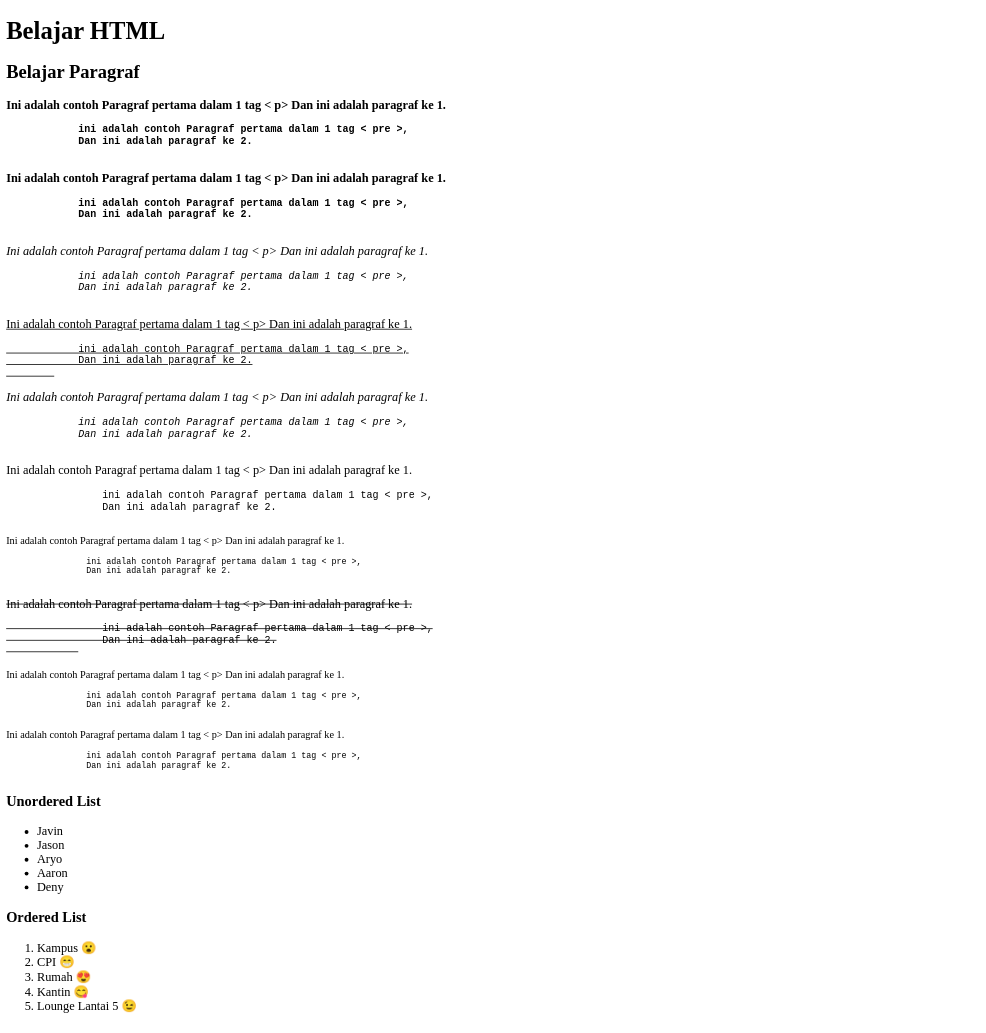
Repository: Gibekkk/WebPro
Page: Tugas HTML 1/index.html
The author's editor kept a copy of each file at every save. The page is drawn from the files as they stood at one save, then again after the next save.
The browser window is 1280 px wide. The pictures show the whole page, at 77% of full size.

Above is the page before, as saved 2024-03-25 10:01:20.

### Tugas HTML 1/index.html
<!DOCTYPE html>
<html lang="en">

<head>
    <meta charset="UTF-8">
    <meta name="viewport" content="width=device-width, initial-scale=1.0">
    <title>Document</title>
</head>

<body>
    <b>
        <h1>Belajar HTML</h1>
        <h2>Belajar Paragraf</h2>
        <p>Ini adalah contoh Paragraf pertama dalam 1 tag
            < p> Dan ini adalah paragraf ke 1.</p>
        <pre>
            ini adalah contoh Paragraf pertama dalam 1 tag < pre >,
            Dan ini adalah paragraf ke 2.
        </pre>
    </b>
    <strong>
    <p>Ini adalah contoh Paragraf pertama dalam 1 tag
        < p> Dan ini adalah paragraf ke 1.</p>
    <pre>
            ini adalah contoh Paragraf pertama dalam 1 tag < pre >,
            Dan ini adalah paragraf ke 2.
        </pre>
    </strong>
    <i>
    <p>Ini adalah contoh Paragraf pertama dalam 1 tag
        < p> Dan ini adalah paragraf ke 1.</p>
    <pre>
            ini adalah contoh Paragraf pertama dalam 1 tag < pre >,
            Dan ini adalah paragraf ke 2.
        </pre>
    </i>
    <ins>
    <p>Ini adalah contoh Paragraf pertama dalam 1 tag
        < p> Dan ini adalah paragraf ke 1.</p>
    <pre>
            ini adalah contoh Paragraf pertama dalam 1 tag < pre >,
            Dan ini adalah paragraf ke 2.
        </pre>
    </ins>
    <em>
    <p>Ini adalah contoh Paragraf pertama dalam 1 tag
        < p> Dan ini adalah paragraf ke 1.</p>
    <pre>
            ini adalah contoh Paragraf pertama dalam 1 tag < pre >,
            Dan ini adalah paragraf ke 2.
        </pre>
    </em>
    <mark>
        <p>Ini adalah contoh Paragraf pertama dalam 1 tag
            < p> Dan ini adalah paragraf ke 1.</p>
        <pre>
                ini adalah contoh Paragraf pertama dalam 1 tag < pre >,
                Dan ini adalah paragraf ke 2.
            </pre>
    </mark>
    <small>
        <p>Ini adalah contoh Paragraf pertama dalam 1 tag
            < p> Dan ini adalah paragraf ke 1.</p>
        <pre>
                ini adalah contoh Paragraf pertama dalam 1 tag < pre >,
                Dan ini adalah paragraf ke 2.
            </pre>
    </small>
    <del>
        <p>Ini adalah contoh Paragraf pertama dalam 1 tag
            < p> Dan ini adalah paragraf ke 1.</p>
        <pre>
                ini adalah contoh Paragraf pertama dalam 1 tag < pre >,
                Dan ini adalah paragraf ke 2.
            </pre>
    </del>
    <sub>
        <p>Ini adalah contoh Paragraf pertama dalam 1 tag
            < p> Dan ini adalah paragraf ke 1.</p>
        <pre>
                ini adalah contoh Paragraf pertama dalam 1 tag < pre >,
                Dan ini adalah paragraf ke 2.
            </pre>
    </sub>
    <sup>
        <p>Ini adalah contoh Paragraf pertama dalam 1 tag
            < p> Dan ini adalah paragraf ke 1.</p>
        <pre>
                ini adalah contoh Paragraf pertama dalam 1 tag < pre >,
                Dan ini adalah paragraf ke 2.
            </pre>
    </sup>

    <h3>Unordered List</h3>
    <ul>
        <li>Javin</li>
        <li>Jason</li>
        <li>Aryo</li>
        <li>Aaron</li>
        <li>Deny</li>
    </ul>

    <h3>Ordered List</h3>
    <ol>
        <li>Kampus 😮</li>
        <li>CPI 😁</li>
        <li>Rumah 😍</li>
        <li>Kantin 😋</li>
        <li>Lounge Lantai 5 😉</li>
    </ol>
</body>

</html>

After the next save:
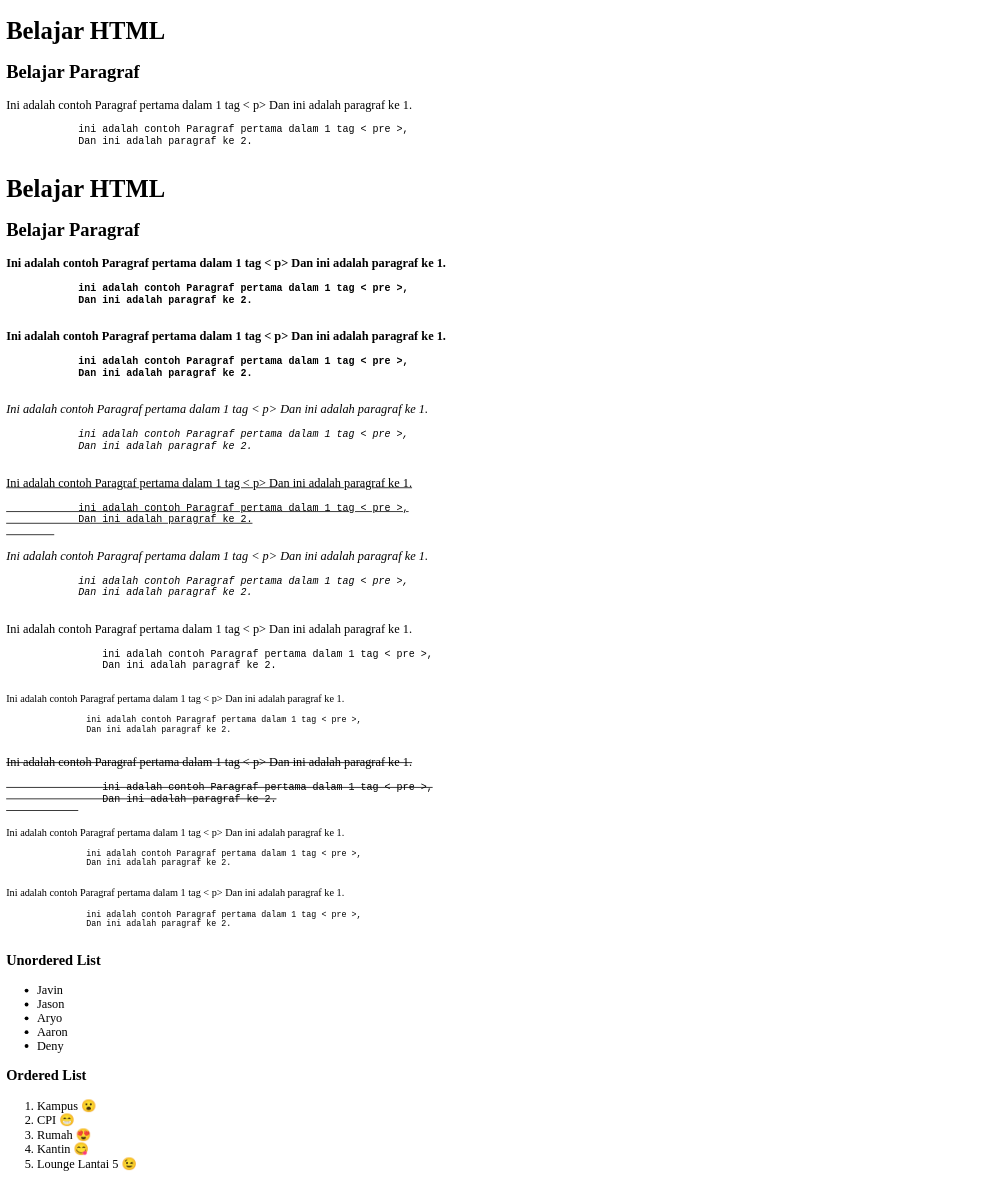
Saved 3 min 30 s later.
--- a/Tugas HTML 1/index.html
+++ b/Tugas HTML 1/index.html
@@ -8,6 +8,14 @@
 </head>
 
 <body>
+    <h1>Belajar HTML</h1>
+    <h2>Belajar Paragraf</h2>
+    <p>Ini adalah contoh Paragraf pertama dalam 1 tag
+        < p> Dan ini adalah paragraf ke 1.</p>
+    <pre>
+            ini adalah contoh Paragraf pertama dalam 1 tag < pre >,
+            Dan ini adalah paragraf ke 2.
+        </pre>
     <b>
         <h1>Belajar HTML</h1>
         <h2>Belajar Paragraf</h2>
